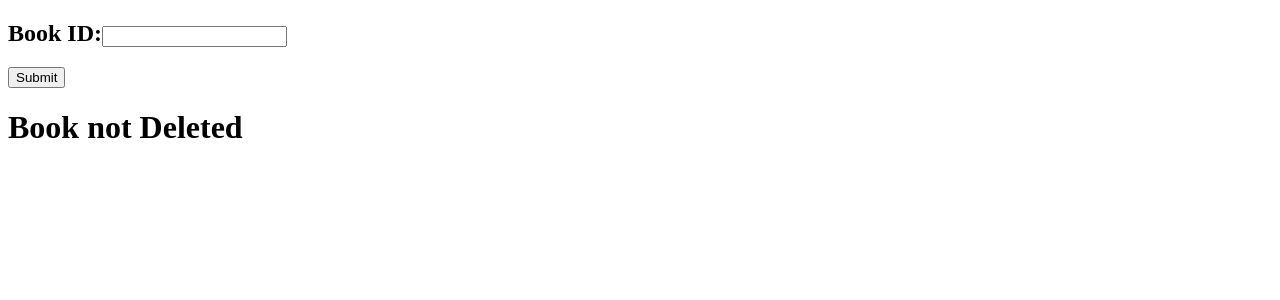
Repository: Mali-Sagar-A/Advance_Web_Java
Page: http://localhost/LibararyCURD/deleteBook.jsp
These files come from the project's save history. The page is drawn as it stood at one moment and after the next save; the edit follows.
The browser window is 1280 px wide. The pictures show the whole page.
The page is served by Tomcat 9. Other server files are loaded and not shown.

Above is the page before, as saved 2025-05-22 12:06:06.

### LibararyCURD/src/main/webapp/deleteBook.jsp
<%@ page language="java" contentType="text/html; charset=UTF-8"
    pageEncoding="UTF-8" import="com.app.entity.Book,com.app.dao.BookDAO"%>
<!DOCTYPE html>
<html>
<head>
<meta charset="UTF-8">
<title>Insert title here</title>
</head>
<body>
<form action="deleteBook.jsp">
<h2>Book ID:<input type="text" name="txtid"></h2>
<input type="submit" value="Submit">
</form>
<%
String bid= request.getParameter("txtid");

if( bid!=null && !bid.trim().isEmpty())
{
	int id= Integer.parseInt(bid);
	BookDAO bd = new BookDAO();
     bd.deleteBook(id);
%>
<h1>Book Deleted</h1>
<%
}
else
{
%>
<h1>Book not Deleted</h1>
<%
}
%>
</body>
</html>

After the next save:
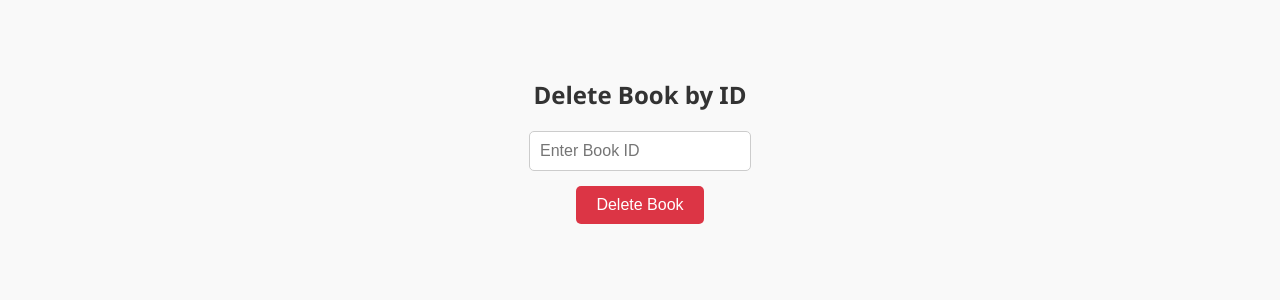
Saved 33 s later.
--- a/LibararyCURD/src/main/webapp/deleteBook.jsp
+++ b/LibararyCURD/src/main/webapp/deleteBook.jsp
@@ -4,31 +4,91 @@
 <html>
 <head>
 <meta charset="UTF-8">
-<title>Insert title here</title>
+<title>Delete Book</title>
+<style>
+    body {
+        font-family: 'Segoe UI', Tahoma, Geneva, Verdana, sans-serif;
+        background-color: #f9f9f9;
+        text-align: center;
+        padding: 50px;
+    }
+
+    h2 {
+        margin-bottom: 20px;
+        color: #333;
+    }
+
+    input[type="text"] {
+        padding: 10px;
+        width: 200px;
+        border: 1px solid #ccc;
+        border-radius: 5px;
+        font-size: 16px;
+    }
+
+    input[type="submit"] {
+        padding: 10px 20px;
+        background-color: #dc3545;
+        color: white;
+        border: none;
+        border-radius: 5px;
+        font-size: 16px;
+        cursor: pointer;
+        margin-top: 15px;
+    }
+
+    input[type="submit"]:hover {
+        background-color: #c82333;
+    }
+
+    .success {
+        color: green;
+        margin-top: 30px;
+        font-size: 24px;
+    }
+
+    .error {
+        color: red;
+        margin-top: 30px;
+        font-size: 24px;
+    }
+
+    form {
+        margin-bottom: 40px;
+    }
+</style>
 </head>
 <body>
+
+<h2>Delete Book by ID</h2>
 <form action="deleteBook.jsp">
-<h2>Book ID:<input type="text" name="txtid"></h2>
-<input type="submit" value="Submit">
+    <input type="text" name="txtid" placeholder="Enter Book ID">
+    <br>
+    <input type="submit" value="Delete Book">
 </form>
+
 <%
-String bid= request.getParameter("txtid");
+    String bid = request.getParameter("txtid");
 
-if( bid!=null && !bid.trim().isEmpty())
-{
-	int id= Integer.parseInt(bid);
-	BookDAO bd = new BookDAO();
-     bd.deleteBook(id);
+    if (bid != null && !bid.trim().isEmpty()) {
+        try {
+            int id = Integer.parseInt(bid);
+            BookDAO bd = new BookDAO();
+            bd.deleteBook(id);
 %>
-<h1>Book Deleted</h1>
+    <div class="success">Book Deleted Successfully!</div>
 <%
-}
-else
-{
+        } catch (Exception e) {
 %>
-<h1>Book not Deleted</h1>
+    <div class="error">Invalid Book ID!</div>
 <%
-}
+        }
+    } else if (bid != null) {
 %>
+    <div class="error">Book Not Deleted. Please enter a valid ID.</div>
+<%
+    }
+%>
+
 </body>
 </html>
